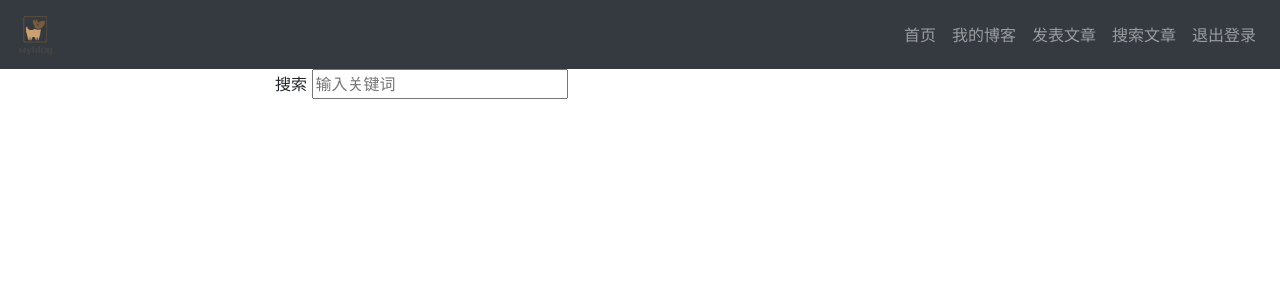
Repository: DHUAVH/Blog
Page: http://localhost/show.php
An editor plug-in stored every save of this project. The page is shown before and after the next save, followed by the edit.
The browser window is 1280 px wide. The pictures show the whole page.
Some web libraries are served in a nearby version. The page is run by PHP 8.4 with error messages shown; the project is at /var/www/html/.

Above is the page before, as saved 2020-11-06 22:36:27.

After the next save:
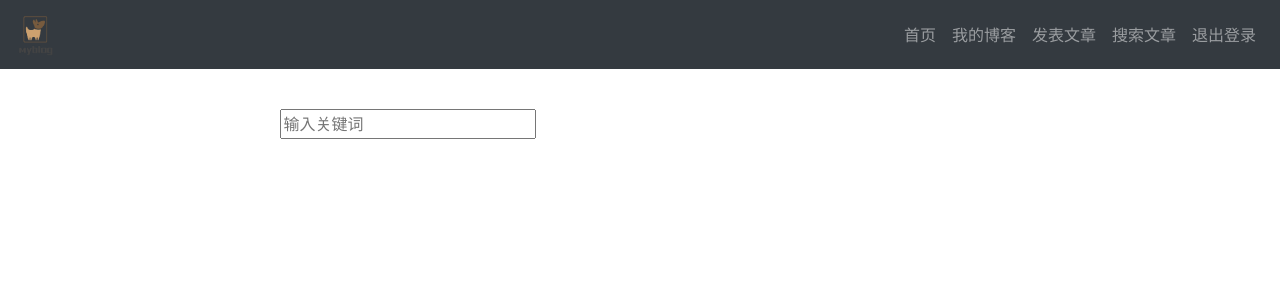
Saved 15 s later.
--- a/show.php
+++ b/show.php
@@ -11,8 +11,8 @@
 <body>
     <div class="container">
         <div class="row">
-            <div class="col-sm-8 offset-sm-2">
-                <label for="search">搜索</label>
+            <div class="col-sm-8 offset-sm-2" style="margin-top: 40px;">
+                <label for="search"><i class="fa fa-search"></i></label>
                 <input id="search" type="text" placeholder="输入关键词" onkeyup="showHint(this.value)">
                 <div id="result"></div>
             </div>
